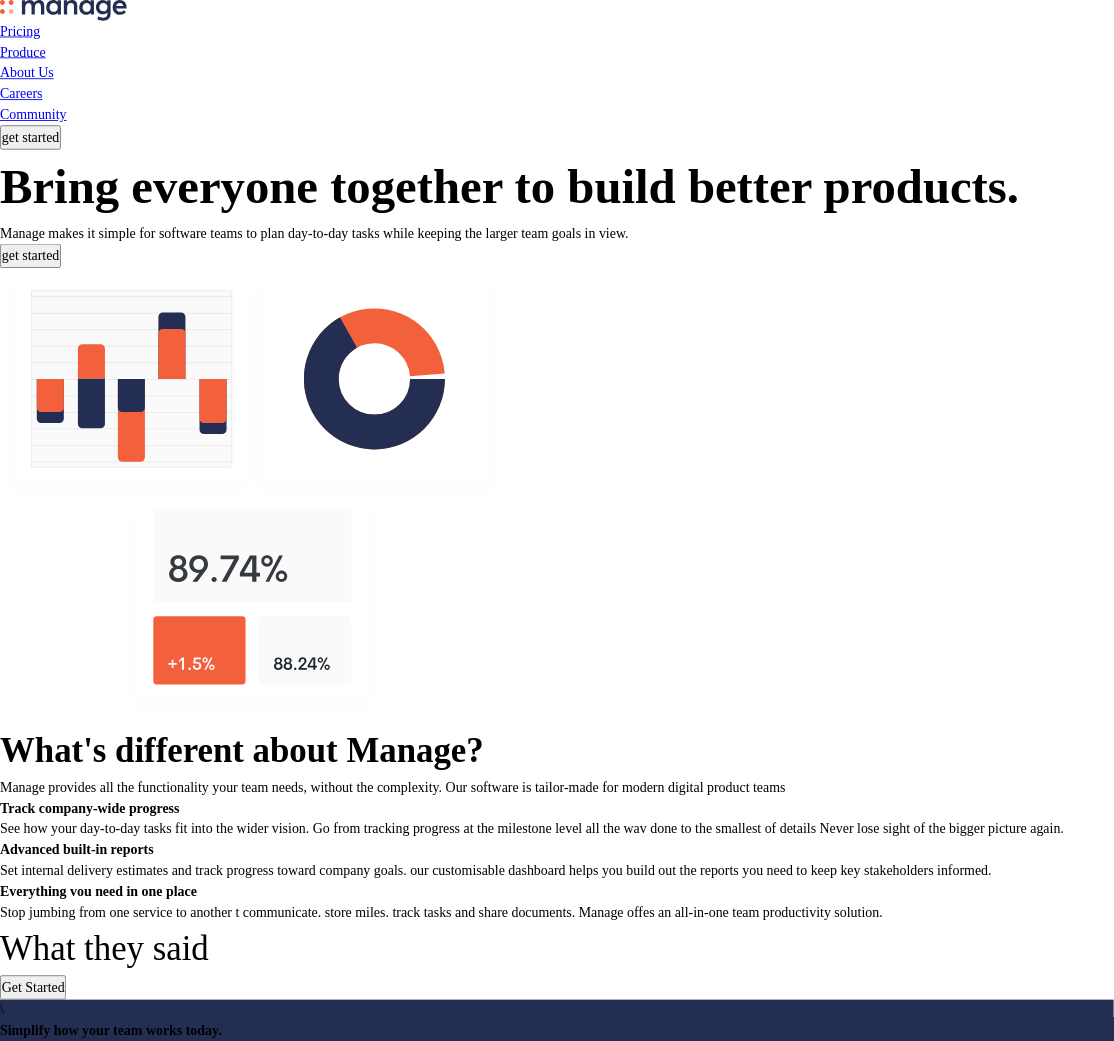
Repository: anthonybrown/website-practice
Page: index.html
These files come from the project's save history. The page is drawn as it stood at one moment and after the next save; the edit follows.
The browser window is 1280 px wide. The pictures show the whole page, at 87% of full size.

Above is the page before, as saved 2023-04-18 13:34:52.

### index.html
<!DOCTYPE html>
<html lang="en">

<head>
  <meta charset="UTF-8" />
  <link rel="icon" type="image/svg+xml" href="/vite.svg" />
  <meta name="viewport" content="width=device-width, initial-scale=1.0" />
  <title>Vite App</title>
  <link rel="preconnect" href="https://fonts.googleapis.com">
  <link rel="preconnect" href="https://fonts.gstatic.com" crossorigin>
  <link href="https://fonts.googleapis.com/css2?family=Be+Vietnam+Pro:wght@400;500;700&display=swap" rel="stylesheet">
  <link rel="stylesheet" href="style.css">
</head>

<body>
  <header class="primary-header">
    <div class="container">
      <a href="#" rel="noopener noreferrer">
        <img src="images/logo.svg" alt="manage">
      </a>
      <nav class="primary-navigation">
        <ul role="list" class="nav-list">
          <li><a href="#">Pricing</a></li>
          <li><a href="#">Produce</a></li>
          <li><a href="#">About Us</a></li>
          <li><a href="#">Careers</a></li>
          <li><a href="#">Community</a></li>
        </ul>
      </nav>
      <button class="button">get started</button>
    </div>
  </header>

  <main>
    <section>
      <div class="container">
        <div class="even-columns">
          <div>
            <h1 class="fs-primary-heading fw-bold">
              Bring everyone together to build better products.
            </h1>
            <p>
              Manage makes it simple for software teams to plan day-to-day tasks while
              keeping the larger team goals in view.
            </p>
            <button class="button">get started</button>
          </div>
          <div>
            <img src="images/illustration-intro.svg" alt="">
          </div>
        </div>
      </div>
    </section>

    <section>
      <div class="container">
        <div class="even-columns">
          <div>
            <h2 class="fs-secondary-heading fw-bold">
              What's different about Manage?
            </h2>
            <p>
              Manage provides all the functionality your team needs, without the complexity.
              Our software is tailor-made for modern digital product teams
            </p>
          </div>
          <div>
            <ul class="numbered-items" role="list">
              <li>
                <h3 class="fs-600 fw-bold">Track company-wide progress</h3>
                <p>
                  See how your day-to-day tasks fit into the wider vision.
                  Go from tracking progress at the milestone level all the wav done to
                  the smallest of details Never lose sight of the bigger picture again.
                </p>
              </li>
              <li>
                <h3 class="fs-600 fw-bold">Advanced built-in reports</h3>
                <p>
                  Set internal delivery estimates and track progress toward company goals.
                  our customisable dashboard helps you build out the reports you need
                  to keep key stakeholders informed.
                </p>
              </li>
              <li>
                <h3 class="fs-600 fw-bold">Everything vou need in one place</h3>
                <p>
                  Stop jumbing from one service to another t communicate. store miles.
                  track tasks and share documents. Manage offes an all-in-one team
                  productivity solution.
                </p>
              </li>
            </ul>
          </div>
        </div>
      </div>
    </section>

    <section class="carousel">
      <h2 class="fs-secondary-heading">What they said</h2>
      <button class="button">Get Started</button>
    </section>

    <section class="cta | bg-primary-400 text-neutral-400">
      <div class="container">\
        <p class="fs-secondary fw-bold">Simplify how your team works today.</p>
      </div>
    </section>
  </main>

  <footer>

  </footer>

  <script type="module" src="/main.js"></script>
</body>

</html>

### style.css
:root {
  --clr-accent-400: hsl(12, 88%, 59%);
  --clr-accent-100: hsl(13, 100%, 96%);

  --clr-primary-400: hsl(228, 39%, 23%);

  --clr-neutral-100: hsl(232, 12%, 13%);
  --clr-neutral-900: hsl(0, 0%, 0%);

  --ff-primary: 'Be Vietnam Pro', sans-serif;

  --ff-body: var(--ff-primary);
  --ff-heading: var(--ff-primary);

  --fw-regular: 400;
  --fw-semi-bold: 500;
  --fw-bold: 700;

  --fs-300: 0.8125rem;
  --fs-400: 0.875rem;
  --fs-500: 0.9375rem;
  --fs-600: 1rem;
  --fs-700: 1.875rem;
  --fs-800: 2.5rem;
  --fs-900: 3.5rem;

  --fs-body: var(--fs-400);
  --fs-primary-heading: var(--fs-800);
  --fs-secondary-heading: var(--fs-700);
  --fs-nav: var(--fs-500);
  --fs-button: var(--fs-300);
}

@media (min-width: 50em) {
  :root {
    --fs-body: var(--fs-500);
    --fs-primary-heading: var(--fs-900);
    --fs-secondary-heading: var(--fs-800);

    --fs-nav: var(--fs-300);
  }
}

/* Box sizing rules */
*,
*::before,
*::after {
  box-sizing: border-box;
}

/* Remove default margin */

* {
  margin: 0;
  padding: 0;
  font: inherit;
}

/* Remove list styles on ul, ol elements with a list role, which suggests default styling will be removed */
ul[role='list'],
ol[role='list'] {
  list-style: none;
}

/* Set core root defaults */
html:focus-within {
  scroll-behavior: smooth;
}

html,
body {
  height: 100%;
}

/* Set core body defaults */
body {
  text-rendering: optimizeSpeed;
  line-height: 1.5;
}

/* A elements that don't have a class get default styles */
a:not([class]) {
  text-decoration-skip-ink: auto;
}

/* Make images easier to work with */
img,
svg,
picture {
  max-width: 100%;
  display: block;
}


/* Remove all animations, transitions and smooth scroll for people that prefer not to see them */
@media (prefers-reduced-motion: reduce) {
  html:focus-within {
    scroll-behavior: auto;
  }

  *,
  *::before,
  *::after {
    animation-duration: 0.01ms !important;
    animation-iteration-count: 1 !important;
    transition-duration: 0.01ms !important;
    scroll-behavior: auto !important;
  }
}

/* Utility Classes */

.text-primary-400 {
  color: var(--clr-primary-400)
}

.text-accent-400 {
  color: var(--clr-accent-400)
}

.text-neutral-100 {
  color: var(--clr-neutral-100)
}

.text-neutral-900 {
  color: var(--clr-neutral-900)
}

.bg-primary-400 {
  background-color: var(--clr-primary-400)
}

.bg-accent-400 {
  background-color: var(--clr-accent-400)
}

.bg-neutral-100 {
  background-color: var(--clr-neutral-100)
}

.bg-neutral-900 {
  background-color: var(--clr-neutral-900)
}

.fw-bold {
  font-weight: var(--fw-bold);
}

.fw-semi-bold {
  font-weight: var(--fw-semi-bold);
}

.fw-regular {
  font-weight: var(--fw-regular);
}


.fs-primary-heading {
  font-size: var(--fs-primary-heading);
}

.fs-secondary-heading {
  font-size: var(--fs-secondary-heading);
}

.fs-300 {
  font-size: var(--fs-300);
}

.fs-400 {
  font-size: var(--fs-400);
}

.fs-500 {
  font-size: var(--fs-500);
}

Loaded but not shown: main.js (empty)

After the next save:
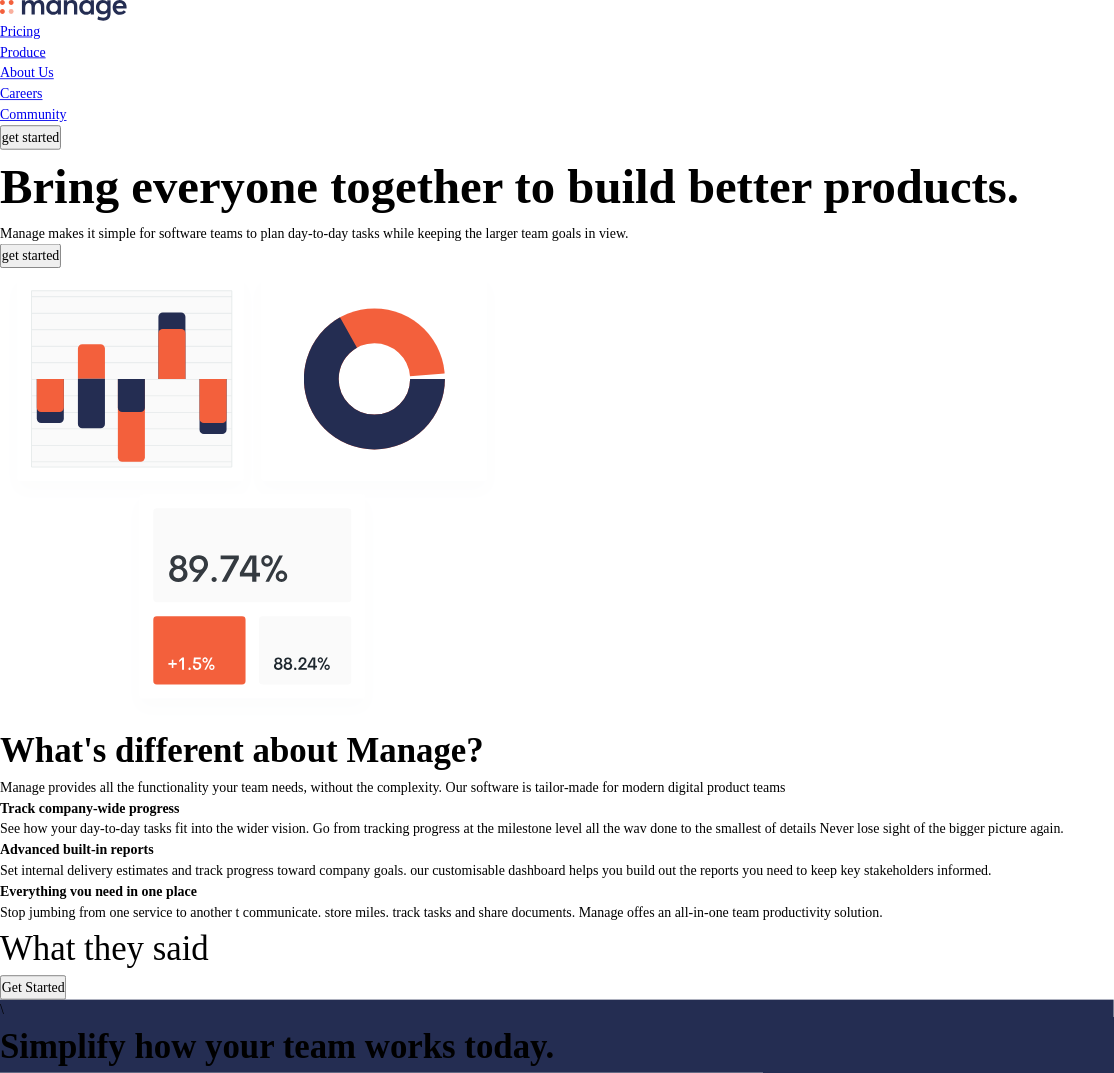
Saved 33 s later.
--- a/index.html
+++ b/index.html
@@ -103,7 +103,7 @@
 
     <section class="cta | bg-primary-400 text-neutral-400">
       <div class="container">\
-        <p class="fs-secondary fw-bold">Simplify how your team works today.</p>
+        <p class="fs-secondary-heading fw-bold">Simplify how your team works today.</p>
       </div>
     </section>
   </main>
